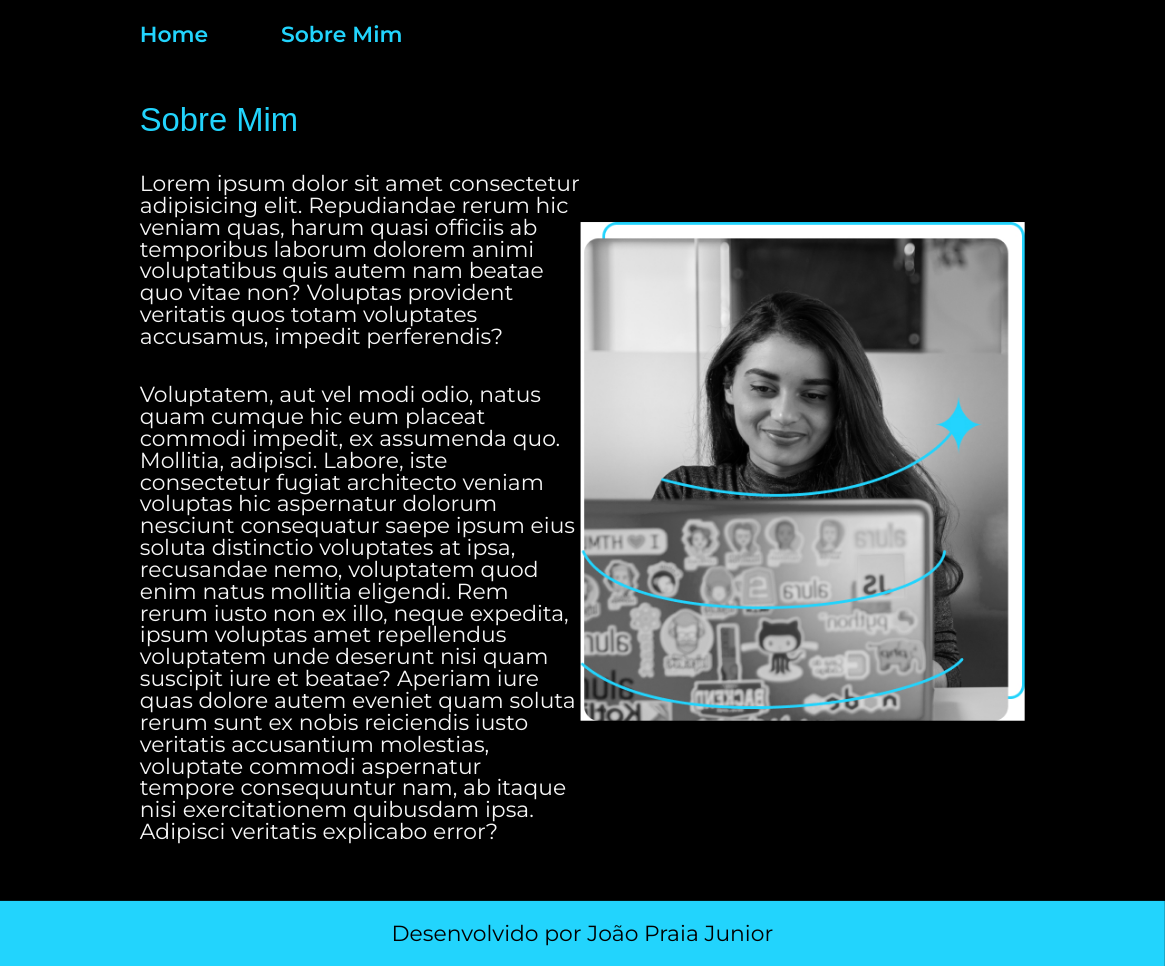
Repository: joaoPraiaJunior/html-basico
Page: about.html
These files come from the project's save history. The page is drawn as it stood at one moment and after the next save; the edit follows.
The browser window is 1280 px wide. The pictures show the whole page, at 91% of full size.
Some web fonts or font styles are not loaded; a fallback is used. Some web libraries are served in a nearby version.

Above is the page before, as saved 2024-06-08 15:52:27.

After the next save:
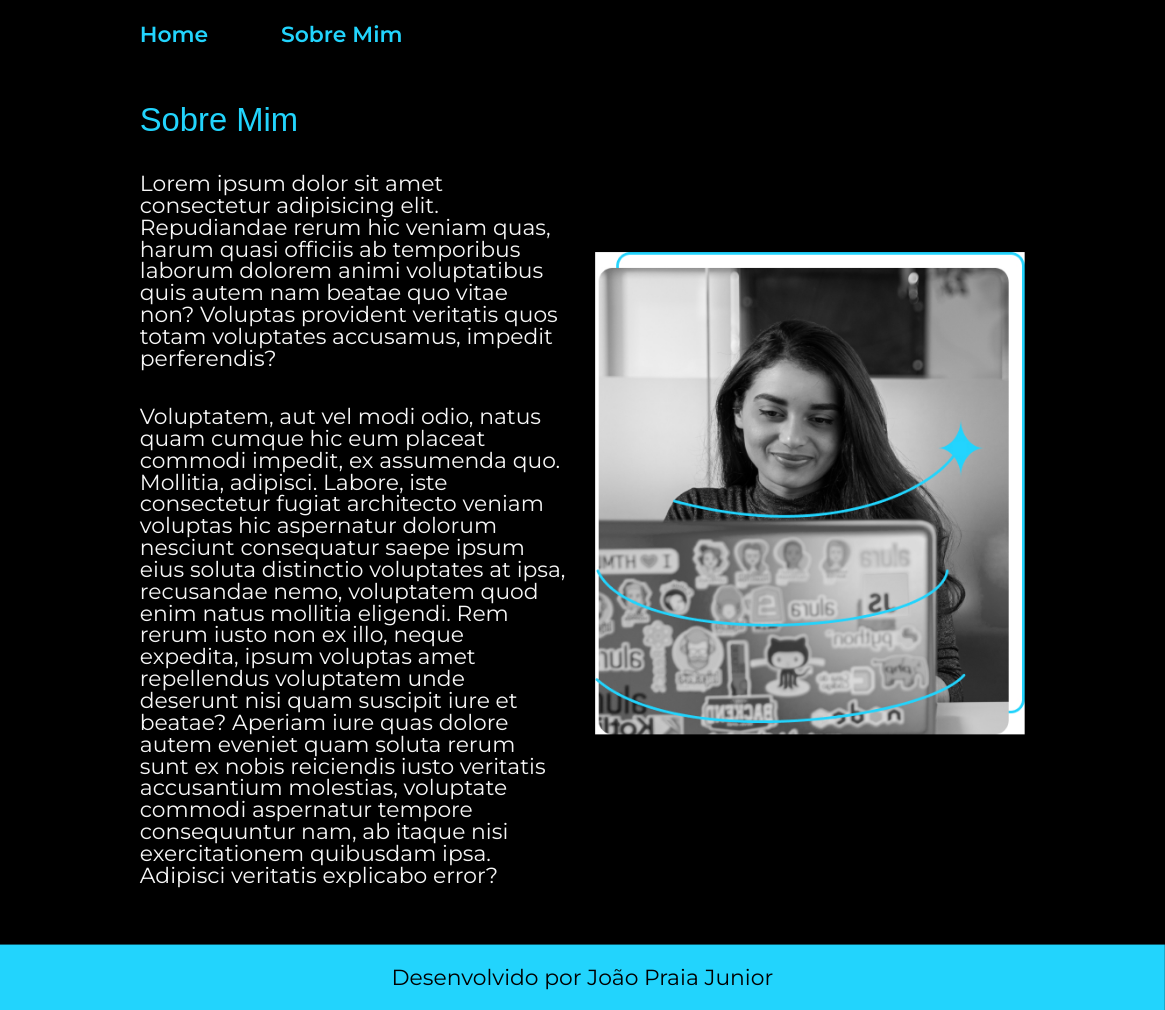
Saved 27 min 14 s later.
--- a/css/style.css
+++ b/css/style.css
@@ -42,6 +42,7 @@
   display: flex;
   justify-content: space-between;
   align-items: center;
+  column-gap: 32px;
 }
 
 .apresentacao__conteudo {
